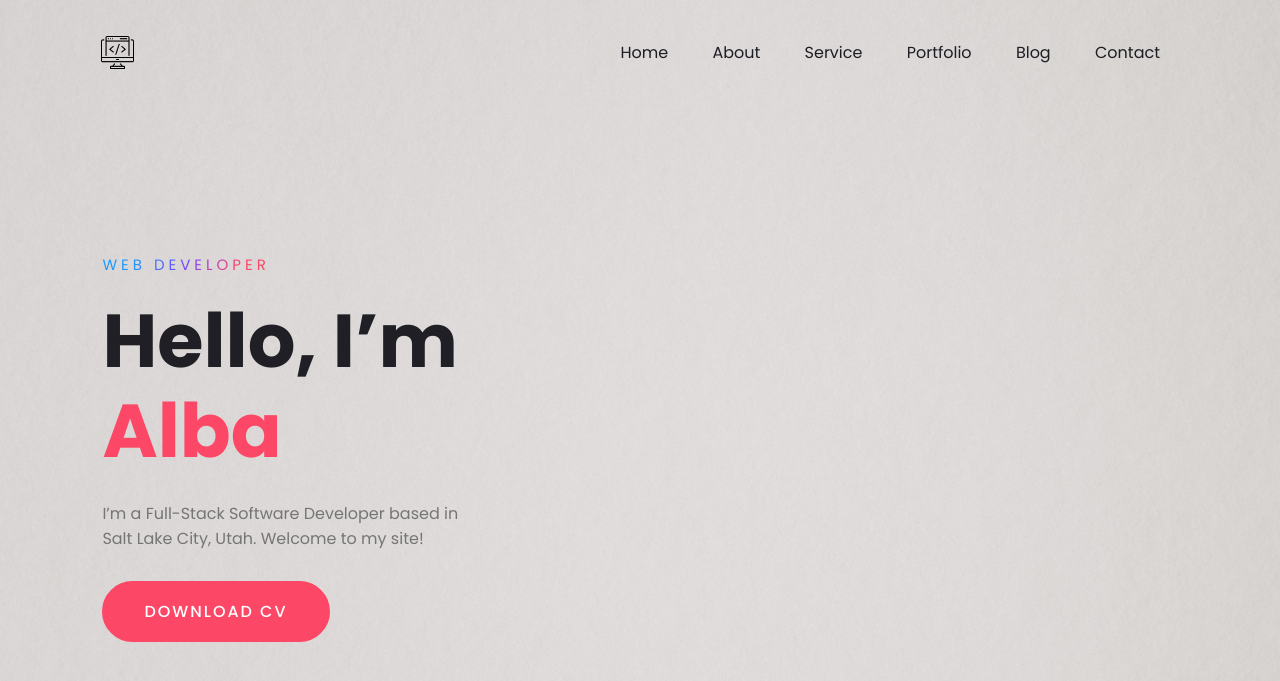
Repository: pilar122/port
Page: index.html
An editor plug-in stored every save of this project. The page is shown before and after the next save, followed by the edit.
The browser window is 1280 px wide. The pictures show the whole page.

Above is the page before, as saved 2022-01-29 12:08:09.

### index.html
<!DOCTYPE html>
<html lang="en">
<head>
    <meta charset="UTF-8">
    <title>Personal Portfolio Website</title>
    <!----CSS link----->
    <link rel="stylesheet" href="style.css">
</head>
<body>
    <div class="hero">
        <nav>
            <img src="./img/coding.png" class="logo">
            <ul>
                <li><a href="#">Home</a></li>
                <li><a href="#">About</a></li>
                <li><a href="#">Service</a></li>
                <li><a href="#">Portfolio</a></li>
                <li><a href="#">Blog</a></li>
                <li><a href="#">Contact</a></li>
            </ul>

        </nav>
        <div class="content">
            <span class="title">Web Developer</span>
            <h1>Hello, I’m <span>Alba</span></h1>
            <p>I’m a Full-Stack Software Developer based in Salt Lake City, Utah. Welcome to my site!</p>
            <a href="https://docs.google.com/document/d/1-5NqQs53X55snoyWaPBF-iuk-xL4VE2I0psmDuApD5Q/edit?usp=sharing" class="btn">Download CV</a>
        </div>
    </div>
</body>
</html>

### style.css
@import url('https://fonts.googleapis.com/css2?family=Poppins:wght@400;500;600;700&display=swap');
*{
    margin: 0;
    padding: 0;
    box-sizing: border-box;
    font-family: 'Poppins', sans-serif;
}
a{
    text-decoration: none;
}
.hero{
    width: 100%;
    height: 100vh;
    background: url(img/bg1.jpg);
    background-size: cover;
}
nav{
    display: flex;
    align-items: center;
    justify-content: space-between;
    padding: 30px 100px;
}
.logo{
    max-height: 35px;
}
nav ul li{
    list-style: none;
    display: inline-block;
    padding: 10px 20px;
}
nav ul li a{
    color: #1d1d24;
    position: relative;
    padding: 5px 0;
}
nav ul li a:hover{
    color: #fd4766;
}
nav ul li a:after{
    content: "";
    position: absolute;
    left: 0;
    width: 0;
    height: 3px;
    background: #fd4766;
    transition: .3s;
    bottom: 0;
}
nav ul li a:hover:after{
    width: 100%;
}
.btn{
    color: #fff;
    font-size: 16px;
    text-transform: uppercase;
    letter-spacing: 2px;
    padding: 16px 40px;
    border-radius: 500px;
    display: inline-block;
    font-weight: 500;
    transition: all .4s ease-in-out;
    background-size: 152% 100%;
    background: #fd4766;
    border: 2px solid #fd4766;
}
.btn:hover{
    background: transparent;
    border-color: #fd4766;
    color: #fd4766;
}
.content{
    position: absolute;
    top: 35%;
    left: 8%;
}
.content .title{
    color: #1f1f25;
    font-size: 15px;
    text-transform: uppercase;
    letter-spacing: 4px;
    display: inline-block;
    margin-bottom: 20px;
    background: linear-gradient(120deg, #1c99fe 20.69%, #7644ff 50.19%,#fd4766 79.69%);
    -webkit-background-clip: text;
    -webkit-text-fill-color: transparent;
}
.content h1{
    color: #1f1f25;
    font-size: 75px;
    font-weight: 900;
    line-height: 90px;
    text-transform: inherit;
    width: 70%;
}
.content h1 span{
    color: #fd4766;
}
.content p{
    width: 55%;
    color: #757575;
    margin-top: 25px;
    margin-bottom: 30px;
}

After the next save:
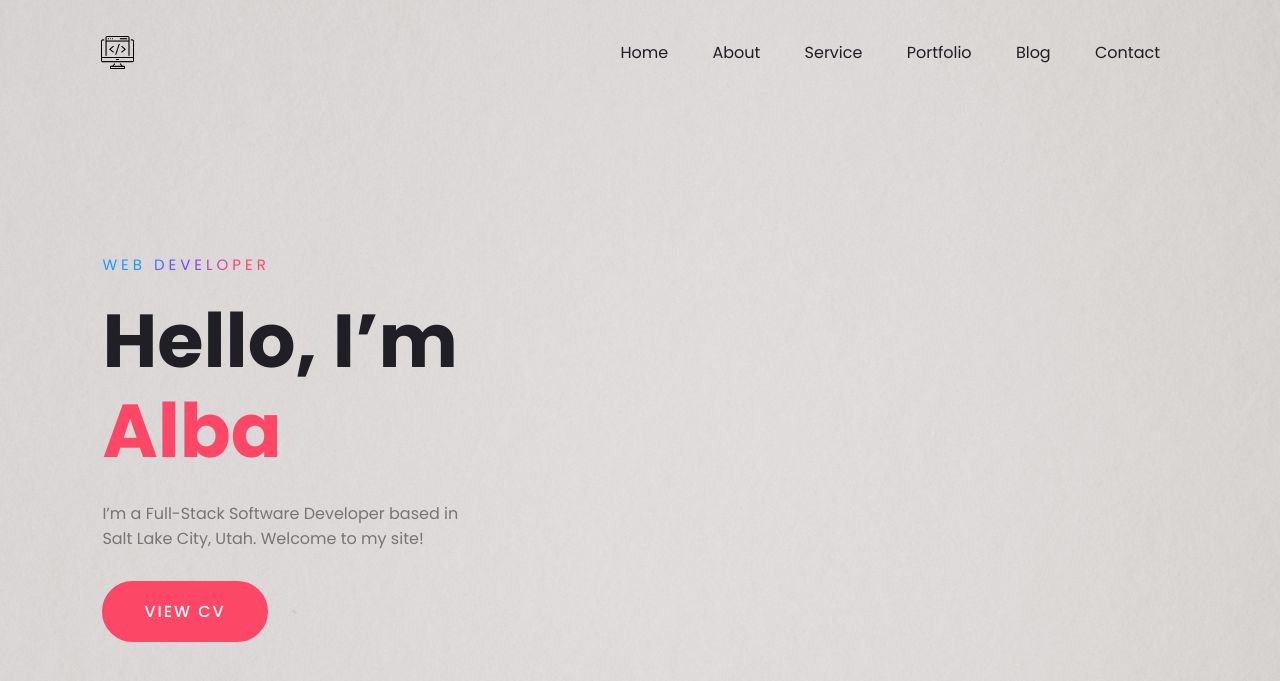
Saved 44 s later.
--- a/index.html
+++ b/index.html
@@ -24,7 +24,7 @@
             <span class="title">Web Developer</span>
             <h1>Hello, I’m <span>Alba</span></h1>
             <p>I’m a Full-Stack Software Developer based in Salt Lake City, Utah. Welcome to my site!</p>
-            <a href="https://docs.google.com/document/d/1-5NqQs53X55snoyWaPBF-iuk-xL4VE2I0psmDuApD5Q/edit?usp=sharing" class="btn">Download CV</a>
+            <a href="https://docs.google.com/document/d/1-5NqQs53X55snoyWaPBF-iuk-xL4VE2I0psmDuApD5Q/edit?usp=sharing" class="btn"> View CV</a>
         </div>
     </div>
 </body>
